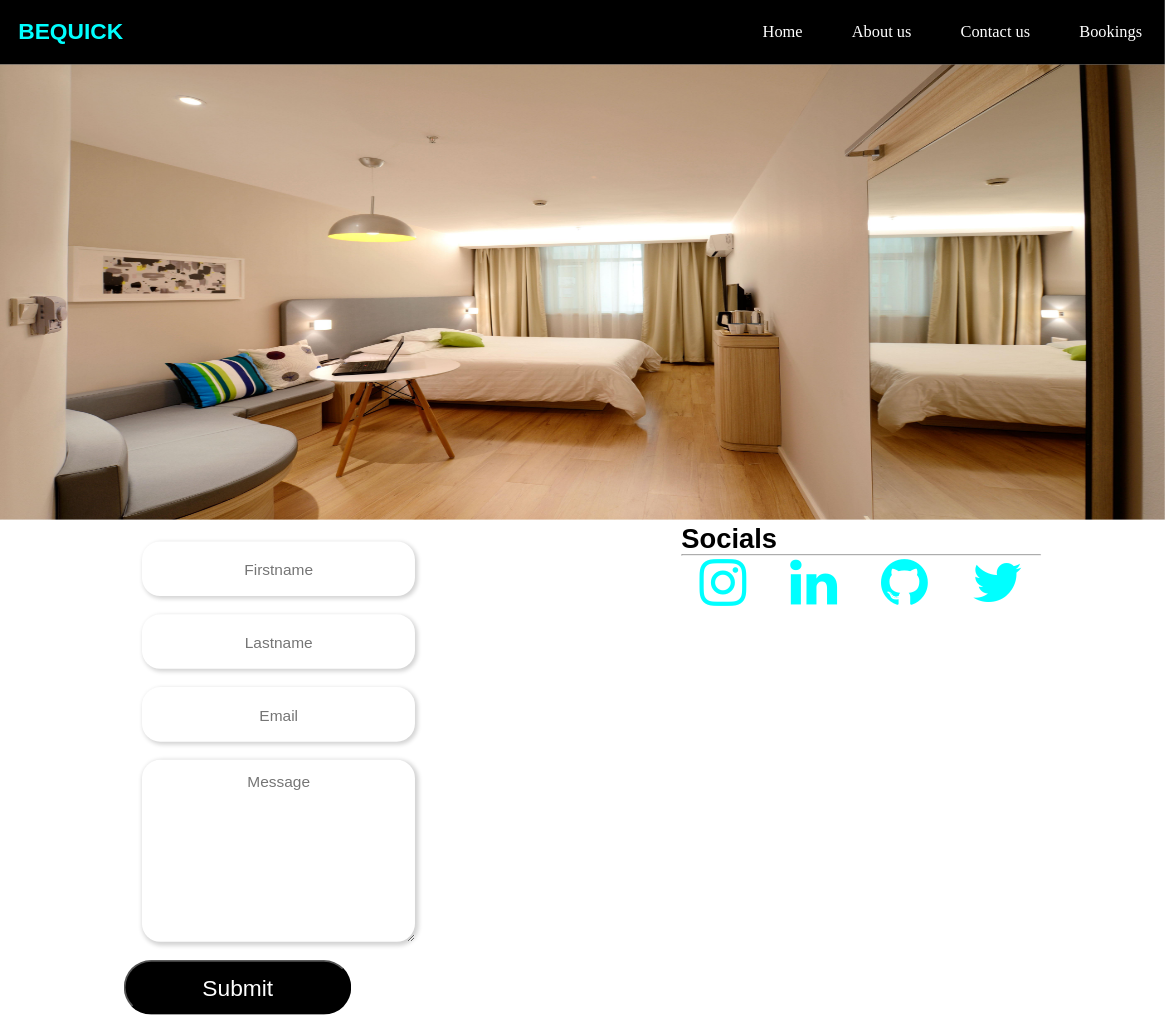
Repository: Ayushi6Sharma/BEQUICK_Hotel_Booking_Web
Page: about.html
An editor plug-in stored every save of this project. The page is shown before and after the next save, followed by the edit.
The browser window is 1280 px wide. The pictures show the whole page, at 91% of full size.

Above is the page before, as saved 2022-05-09 15:05:57.

### about.html
<!DOCTYPE html>
<html lang="en">
<head>
    <meta charset="UTF-8">
    <meta http-equiv="X-UA-Compatible" content="IE=edge">
    <meta name="viewport" content="width=device-width, initial-scale=1.0">
    <link rel="stylesheet" href="https://stackpath.bootstrapcdn.com/font-awesome/4.7.0/css/font-awesome.min.css" integrity="sha384-wvfXpqpZZVQGK6TAh5PVlGOfQNHSoD2xbE+QkPxCAFlNEevoEH3Sl0sibVcOQVnN" crossorigin="anonymous">
    <link rel="stylesheet" href="./style/style.css">
    <link rel="stylesheet" href="./style/aboutstyle.css">
    <title>About us</title>
</head>
<body>
    <main>
        <nav class="nav">
            <ul class="nav-list">
                <span class="logo">BEQUICK</span>
                <li><a href="#">Home</a></li>
                <li><a href="#">About us</a></li>
                <li><a href="#">Contact us</a></li>
                <li><a href="#">Bookings</a></li>
            </ul>
        </nav>
        <!-- section 1 -->
        <section>
            <div class="hotel-main-image">
                <!-- <div class="bookings-btn">Bookings</div> -->
                <img src="./images/hotel-img-2.jpg" class="hotel-img-2">
            </div>
        </section>
        <!-- section 2 -->
        <section>
            <div class="aboutflex">
                <div class="contact-form">
                    <form action="#" method="POST">
                        <label for="firstname"></label>
                        <input type="text" name="firstname" id="firstname" placeholder="Firstname">
                        <label for="lastname"></label>
                        <input type="text" name="lastname" id="lastname"  placeholder="Lastname">
                        <label for="email"></label>
                        <input type="text" name="email" id="email"  placeholder="Email">
                        <label for="message"></label>
                        <textarea id="message" name="message" placeholder="Message"></textarea>
                        <button type="submit" class="submit">Submit</button>
                    </form>
                </div>
                <div class="social">
                    Socials
                    <hr/>
                    <div class="social-contact">
                        <a href="#"><i class="fa fa-instagram fa-2x"></i></a>
                        <a href="#"><i class="fa fa-linkedin fa-2x"></i></a>
                        <a href="#"><i class="fa fa-github fa-2x"></i></a>
                        <a href="#"><i class="fa fa-twitter fa-2x"></i></a>
                    </div>
                </div>
            </div>
        </section>
    </main>
</body>
</html>

### style/style.css
*
{
    padding: 0px;
    margin: 0px;
    box-sizing: border-box;
}
/* nav */
.nav
{
    background-color: black;
}
.nav-list
{
    list-style-type:none;
    width: 100%;
    text-align: end;
}
.nav-list > li
{
    display: inline-block;
    padding: 25px;
    font-size: 18px;
}
.nav-list li a
{
    text-decoration: none;
    color:white;
}
.nav-list li a:hover
{
    color: aquamarine;
}
.logo
{
    padding: 20px;
    color:aqua;
    float: left;
    font-size: 25px;
    font-weight: bolder;
    font-family: sans-serif;
}
/* section 1 */
/* main image */
.hotel-img-2
{
    width: 100%;
    height:500px;
}
hotel-main-image
{
    position: relative;
}
/* .bookings-btn
{
    width:250px;
    height: 60px;
    background-color: black;
    color:white;
    border-radius: 40px;
    text-align: center;
    padding-top: 15px;
    font-size:25px;
    font-family: sans-serif;
    position: absolute;
} */

/* section 2 */
.flex1-container1
{
    display: flex;
    flex-direction: row;
    flex-wrap: wrap;
    margin-top: 40px;
    justify-content: space-around;
    align-content:space-around;
}
/* Facilities */
.section2-facilities
{
    text-align: center;
    margin-top:50px;
}
.main-facilities
{
    font-size: 60px;
    font-weight: bold;
    font-family: sans-serif;
}
.main-facilities-lower
{
    font-size: 30px;
    font-style: italic;
    color:grey;
}
.facilities
{
    width:300px;
    height:300px;
    text-align:center;
    border-radius: 40px;
    box-shadow: 3px 2px 10px 1px lightgrey;
}
.facilities i{
    margin-top: 25%;
    color:aqua;
}
.facilities-content
{   margin-top: 30px;
    font-size: 25px;
    font-family:sans-serif;
}
/* section 3 */
.about{
    margin-top: 50px;
    display: flex;
    flex-wrap: wrap;
    background-color:grey;
}
.about-image
{
    width:90%;
    height:400px;
}
.about-content-1
{
    font-size: 50px;
    font-weight: bold;
    font-family: sans-serif;
    color: white;
    font-style: italic;
    margin-top: 30px;
}
.about-content-2
{
    color:white;
    word-wrap: break-word;
    font-size: 20px;
    padding-top: 30px;
    margin-bottom: 20px;
}
.about-btn
{
    width:250px;
    height: 60px;
    background-color: aqua;
    color:white;
    border-radius: 40px;
    text-align: center;
    padding-top: 15px;
    font-size:25px;
    border: none;
    font-family: sans-serif;
    margin: auto;
}

/* section 4 */

.flex2-container2
{
    display: flex;
    justify-content: space-around;
    margin-top: 100px;
    text-align: center;
    align-content:space-around;
    flex-wrap: wrap;
}
.location
{
    width:300px;
    height:300px;
    text-align:center;
    border-radius: 40px;
    box-shadow: 3px 2px 10px 1px lightgrey;
}
.location i
{
    color:aqua;
    padding-top: 25%;
}
.location-content
{
    font-size: 22px;
    font-family:sans-serif;
    padding-top: 20px;
}

/* footer */
.footer{
    background-color: black;
}
.footer-flex
{
    display: flex;
    justify-content: space-around;
    margin-top: 50px;
}
.footer-list-heading
{
    font-weight: bold;
    font-size: 23px;
    font-family: sans-serif;
    color:aqua;
    margin-top:30px;
}
.footer-list > ul
{
    list-style-type: none;
    color:white;
    font-size: 20px;
}
.footer-list-1 >li
{
    padding-top:20px;
}
.footer-list-2 >li
{
    padding-top:20px;
}
.footer-list-3 i
{
    padding-top: 15px;
    color: white;
}
/* copyright */
.copyright
{
    text-align: center;
    color:white;
    font-family: sans-serif;
    font-weight: bold;
    font-style: italic;
    padding-bottom: 30px;
}

### style/aboutstyle.css
.aboutflex
{
    display: flex;
    justify-content: space-around;
}
.social
{
    font-size: 30px;
    font-weight: bold;
    font-family: sans-serif;
}
.social-contact i
{
    color:aqua;
}
.social-contact a
{
    padding:20px;
}
[type="text"]
{
    width:300px;
    height: 60px;
    border:none;
    outline: none;
    font-size: 20px;
    font-family: sans-serif;
    display: block;
    text-align: center;
    /* border:1px solid grey; */
    border-radius:20px;
    box-shadow:2px 2px 5px 1px lightgrey;
    margin:20px;
    padding: 15px;
}
::placeholder
{
    font-size: 17px;
}
textarea
{
    width:300px;
    height: 200px;
    border:none;
    outline: none;
    font-size: 20px;
    font-family: sans-serif;
    display: block;
    text-align: center;
    border-radius:20px;
    box-shadow:2px 2px 5px 2px lightgrey;
    margin:20px;
    padding: 15px;
}
.submit
{
    width:250px;
    height: 60px;
    background-color: black;
    color:white;
    border-radius: 40px;
    text-align: center;
    font-size:25px;
    font-family: sans-serif;
}
.submit:hover
{
    color:aqua;
    cursor: pointer;
}

After the next save:
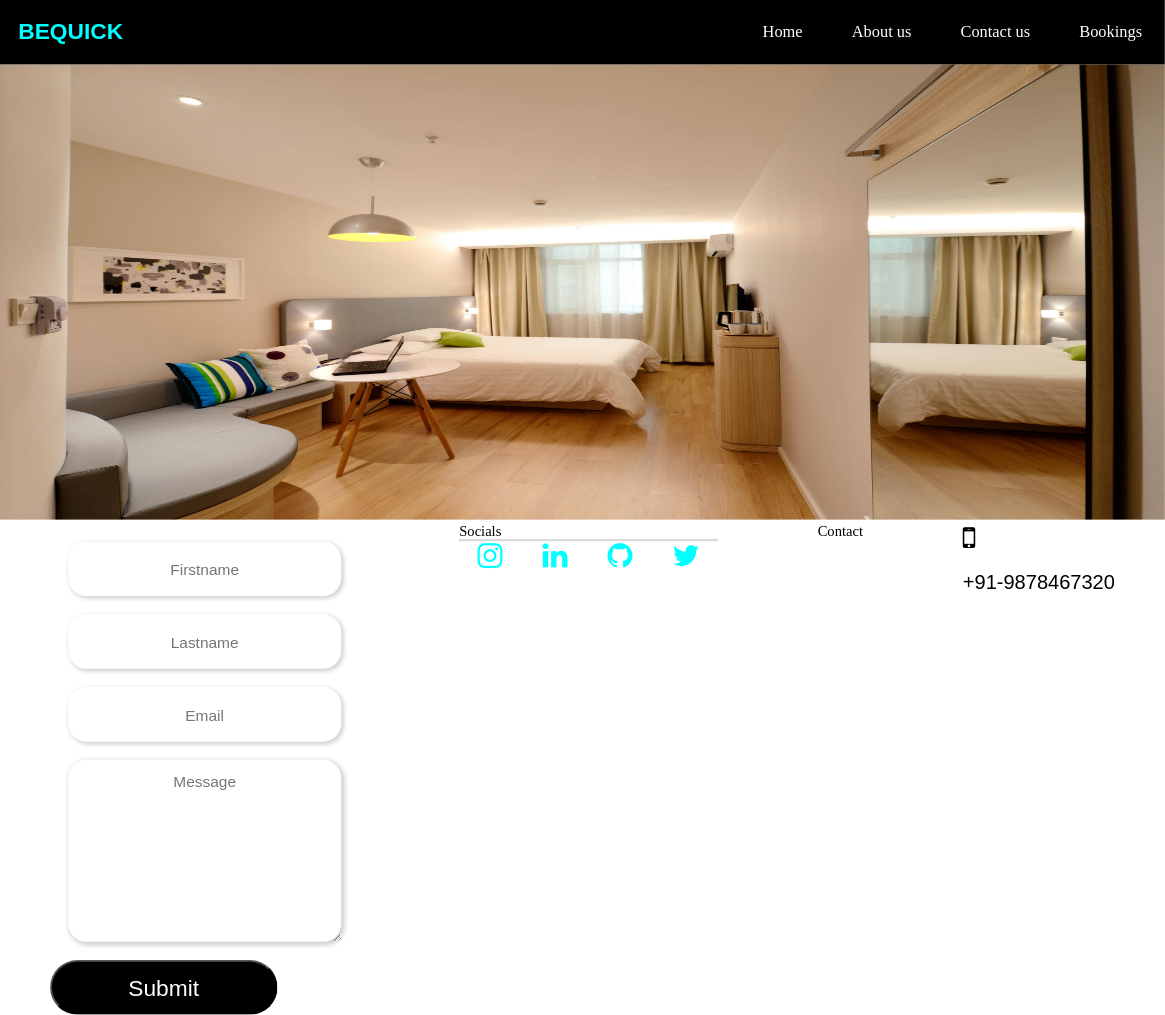
Saved 9 h 36 min later.
--- a/about.html
+++ b/about.html
@@ -43,7 +43,7 @@
                         <button type="submit" class="submit">Submit</button>
                     </form>
                 </div>
-                <div class="social">
+                <div class="contact-info-heading">
                     Socials
                     <hr/>
                     <div class="social-contact">
@@ -53,6 +53,15 @@
                         <a href="#"><i class="fa fa-twitter fa-2x"></i></a>
                     </div>
                 </div>
+                <div class="contact-info-heading">
+                    Contact
+                </div>
+                <div class="contact">
+                    <i class="fa fa-mobile fa-2x"></i>
+                    <div class="location-content">
+                        +91-9878467320
+                    </div>
+                </div>
             </div>
         </section>
     </main>
